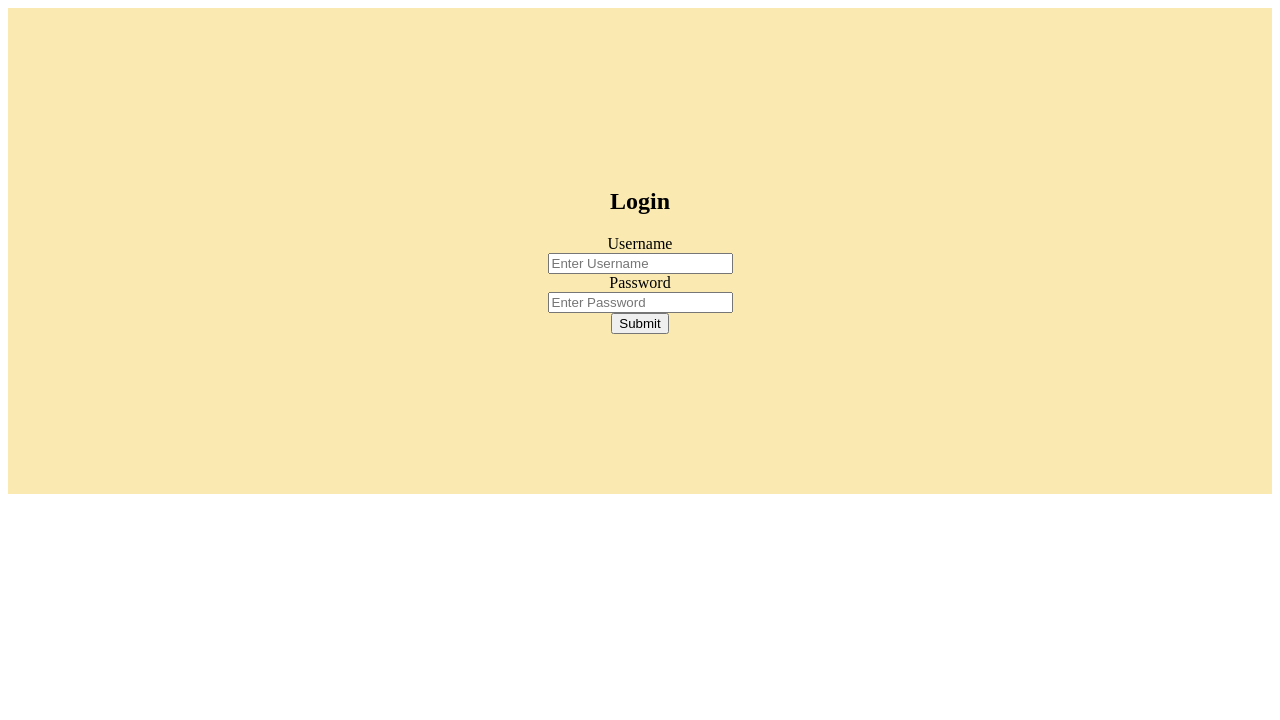
Repository: Shivamkr522/Contact_Us_Page
Page: http://localhost/ContactUs/login.jsp
These files come from the project's save history. The page is drawn as it stood at one moment and after the next save; the edit follows.
The browser window is 1280 px wide. The pictures show the whole page.
The page is served by Tomcat 9.

Above is the page before, as saved 2022-12-11 13:09:39.

After the next save:
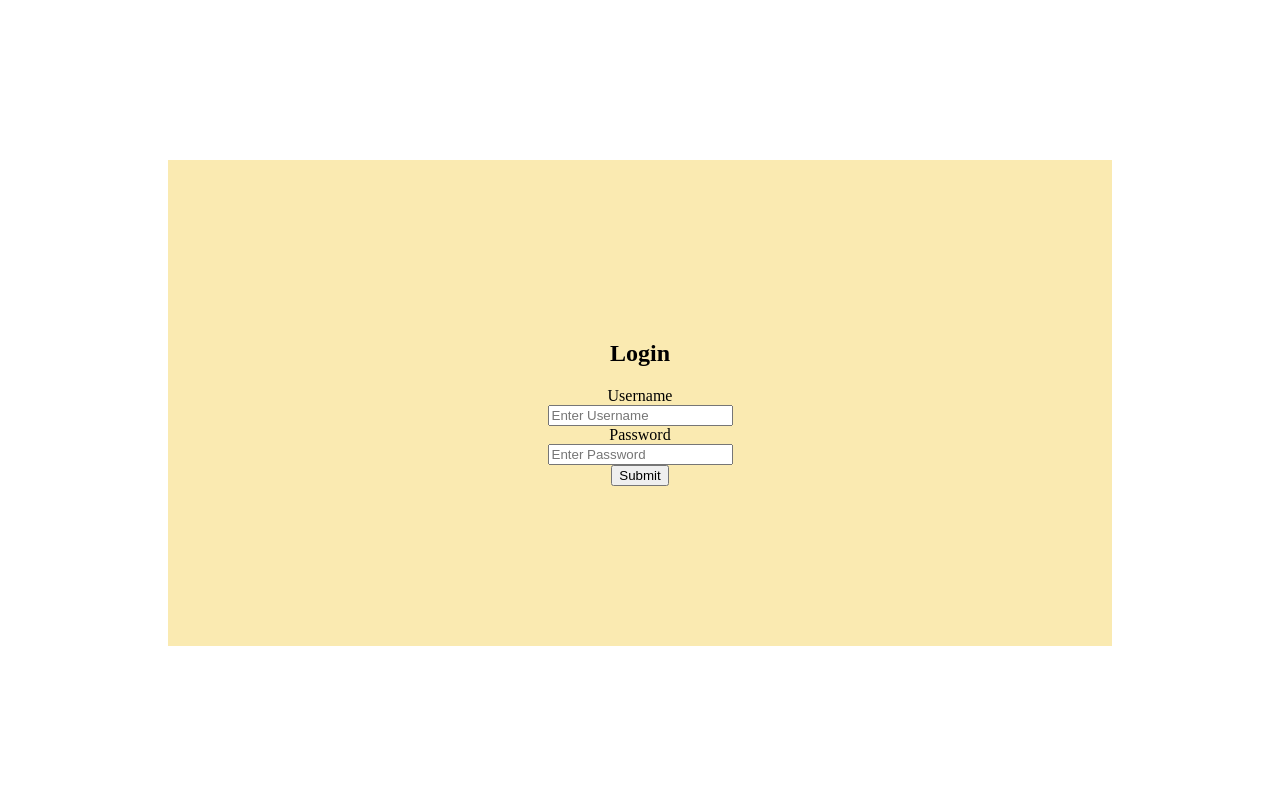
Saved 77 s later.
--- a/ContactUs/src/main/webapp/login.css
+++ b/ContactUs/src/main/webapp/login.css
@@ -14,4 +14,5 @@ form{
 	flex-direction: column;
 	padding: 10rem;
 	background-color: #FAEAB1;
+	margin: 10rem;
 }
